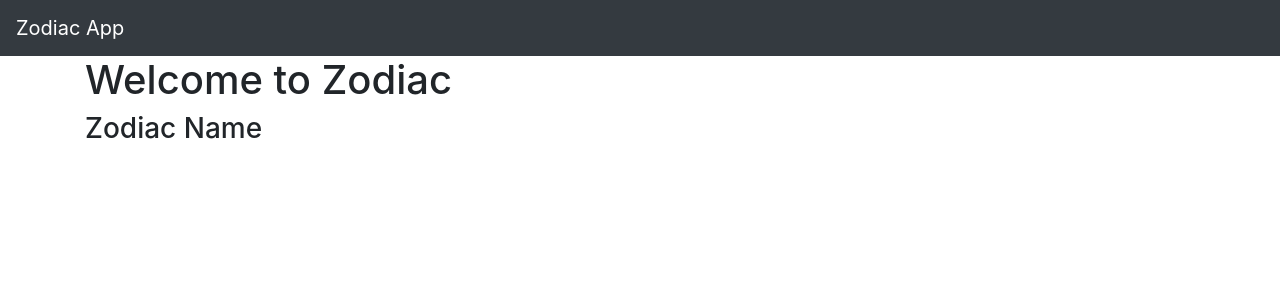
Repository: robertkameni/Zodiac-App
Page: client/index.html
An editor plug-in stored every save of this project. The page is shown before and after a run of saves, followed by the edit.
The browser window is 1280 px wide. The pictures show the whole page.

Above is the page before, as saved 2019-06-16 15:46:48.

### client/index.html
<!DOCTYPE html>
<html lang="en">

<head>
    <meta charset="UTF-8">
    <meta name="viewport" content="width=device-width, initial-scale=1.0">
    <meta http-equiv="X-UA-Compatible" content="ie=edge">
    <link rel="stylesheet" href="./css/style.css">
    <link rel="stylesheet" href="https://stackpath.bootstrapcdn.com/bootstrap/4.3.1/css/bootstrap.min.css"
        integrity="sha384-ggOyR0iXCbMQv3Xipma34MD+dH/1fQ784/j6cY/iJTQUOhcWr7x9JvoRxT2MZw1T" crossorigin="anonymous">

    <title>Your Dailly Horoscope</title>
</head>

<body>
    <nav class="navbar navbar-expand-lg navbar-dark bg-dark">
        <a class="navbar-brand" href="/">Zodiac App</a>
        <button class="navbar-toggler" type="button" data-toggle="collapse" data-target="#navbarSupportedContent"
            aria-controls="navbarSupportedContent" aria-expanded="false" aria-label="Toggle navigation">
            <span class="navbar-toggler-icon"></span>
        </button>
    </nav>

    <div class="container">
        <h1>Welcome to Zodiac</h1>
        <div class="row">
            <div class="col-md-4">
                <h3>Zodiac Name</h3>
            </div>
        </div>
    </div>





    <script src="https://code.jquery.com/jquery-3.3.1.slim.min.js"
        integrity="sha384-q8i/X+965DzO0rT7abK41JStQIAqVgRVzpbzo5smXKp4YfRvH+8abtTE1Pi6jizo"
        crossorigin="anonymous"></script>
    <script src="https://cdnjs.cloudflare.com/ajax/libs/popper.js/1.14.7/umd/popper.min.js"
        integrity="sha384-UO2eT0CpHqdSJQ6hJty5KVphtPhzWj9WO1clHTMGa3JDZwrnQq4sF86dIHNDz0W1"
        crossorigin="anonymous"></script>
    <script src="https://stackpath.bootstrapcdn.com/bootstrap/4.3.1/js/bootstrap.min.js"
        integrity="sha384-JjSmVgyd0p3pXB1rRibZUAYoIIy6OrQ6VrjIEaFf/nJGzIxFDsf4x0xIM+B07jRM"
        crossorigin="anonymous"></script>
    <script src="./js/main.js"></script>
</body>

</html>

Loaded but not shown: client/css/style.css (common file); client/js/main.js (no stored copy; drawn as an empty file)

After the next 2 saves:
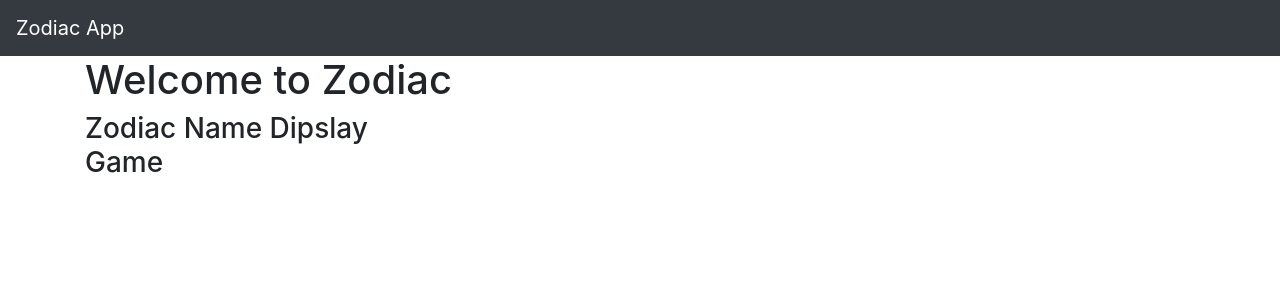
The 2 saves are shown as one change because they came seconds apart.
The last was saved 9 s later.
--- a/client/index.html
+++ b/client/index.html
@@ -25,7 +25,7 @@
         <h1>Welcome to Zodiac</h1>
         <div class="row">
             <div class="col-md-4">
-                <h3>Zodiac Name</h3>
+                <h3>Zodiac Name Dipslay Game</h3>
             </div>
         </div>
     </div>
